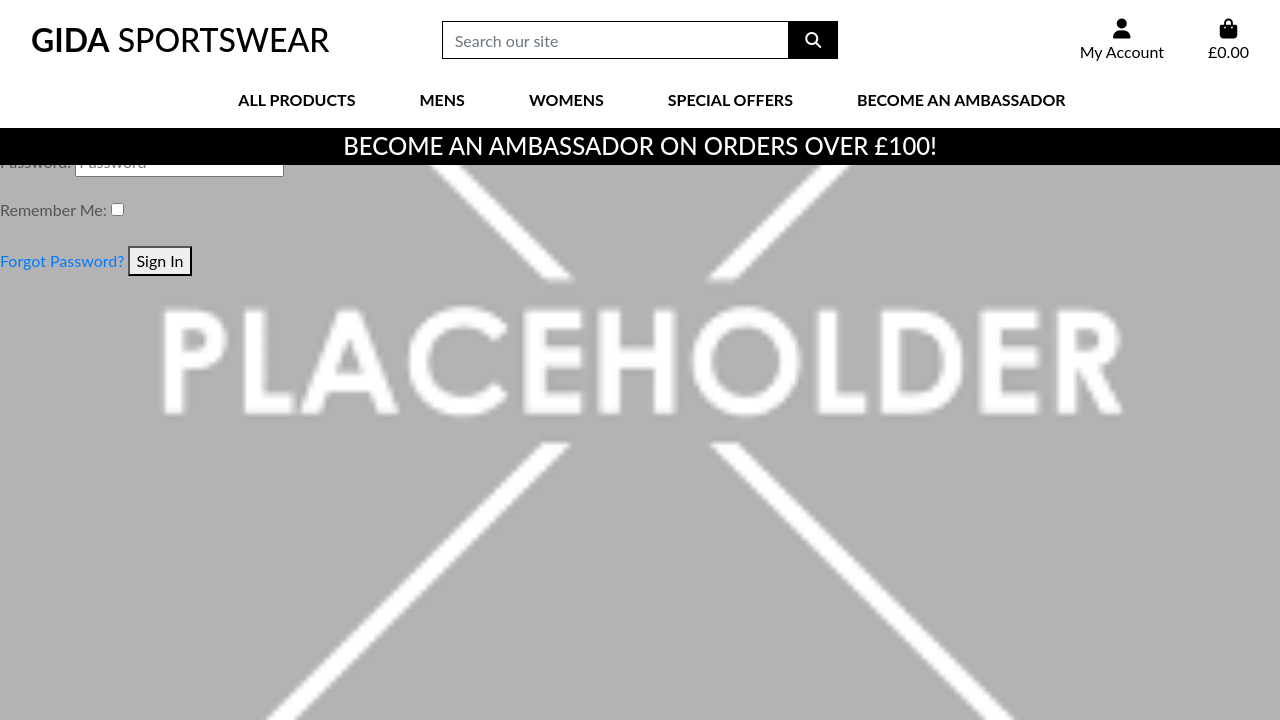
Repository: grantymartin/gida-sportswear
Page: http://localhost/accounts/login/
The author's editor kept a record of every edit. The page is drawn from the files as they stood at one moment, then again after the next edit.
The browser window is 1280 px wide. The pictures show the whole page.
Some web libraries are served in a nearby version. The page is served by the project's application, run on Django 3.2 (manage.py). Other server files are loaded and not shown.

Above is the page before.

### templates/allauth/account/login.html
{% extends "account/base.html" %}

{% load i18n %}
{% load account socialaccount %}

{% block head_title %}{% trans "Sign In" %}{% endblock %}

{% block content %}

<h1>{% trans "Sign In" %}</h1>

{% get_providers as socialaccount_providers %}

{% if socialaccount_providers %}
<p>{% blocktrans with site.name as site_name %}Please sign in with one
of your existing third party accounts. Or, <a href="{{ signup_url }}">sign up</a>
for a {{ site_name }} account and sign in below:{% endblocktrans %}</p>

<div class="socialaccount_ballot">

  <ul class="socialaccount_providers">
    {% include "socialaccount/snippets/provider_list.html" with process="login" %}
  </ul>

  <div class="login-or">{% trans 'or' %}</div>

</div>

{% include "socialaccount/snippets/login_extra.html" %}

{% else %}
<p>{% blocktrans %}If you have not created an account yet, then please
<a href="{{ signup_url }}">sign up</a> first.{% endblocktrans %}</p>
{% endif %}

<form class="login" method="POST" action="{% url 'account_login' %}">
  {% csrf_token %}
  {{ form.as_p }}
  {% if redirect_field_value %}
  <input type="hidden" name="{{ redirect_field_name }}" value="{{ redirect_field_value }}" />
  {% endif %}
  <a class="button secondaryAction" href="{% url 'account_reset_password' %}">{% trans "Forgot Password?" %}</a>
  <button class="primaryAction" type="submit">{% trans "Sign In" %}</button>
</form>

{% endblock %}

### templates/base.html
{% load static %}

<!doctype html>
<html lang="en">

<head>

    {% block meta %}
    <meta http-equiv="X-UA-Compatible" content="ie=edge">
    <meta charset="utf-8">
    <meta name="viewport" content="width=device-width, initial-scale=1, shrink-to-fit=no"> {% endblock %}
    {% block extra_meta %} {% endblock %}
    {% block corecss %}
    <link rel="stylesheet" href="https://stackpath.bootstrapcdn.com/bootstrap/4.4.1/css/bootstrap.min.css" integrity="sha384-Vkoo8x4CGsO3+Hhxv8T/Q5PaXtkKtu6ug5TOeNV6gBiFeWPGFN9MuhOf23Q9Ifjh" crossorigin="anonymous">
    <link rel="stylesheet" href="https://fonts.googleapis.com/css2?family=Source+Sans+Pro&display=swap">
    <link rel="stylesheet" href="{% static 'css/base.css' %}">
    {% endblock %}
    {% block extra_css %} {% endblock %}
    {% block corejs %}
    <script src="https://kit.fontawesome.com/b663b2155c.js" crossorigin="anonymous"></script>
    <script src="https://code.jquery.com/jquery-3.4.1.slim.min.js" integrity="sha384-J6qa4849blE2+poT4WnyKhv5vZF5SrPo0iEjwBvKU7imGFAV0wwj1yYfoRSJoZ+n" crossorigin="anonymous"></script>
    <script src="https://cdn.jsdelivr.net/npm/popper.js@1.16.0/dist/umd/popper.min.js" integrity="sha384-Q6E9RHvbIyZFJoft+2mJbHaEWldlvI9IOYy5n3zV9zzTtmI3UksdQRVvoxMfooAo" crossorigin="anonymous"></script>
    <script src="https://stackpath.bootstrapcdn.com/bootstrap/4.4.1/js/bootstrap.min.js" integrity="sha384-wfSDF2E50Y2D1uUdj0O3uMBJnjuUD4Ih7YwaYd1iqfktj0Uod8GCExl3Og8ifwB6" crossorigin="anonymous"></script>
    {% endblock %}
    {% block extra_js %} {% endblock %}

    <title>GIDA Sportswear {% block extra_title %}{% endblock %}</title>
</head>

<body>
    <header class="container-fluid fixed-top">
        <div id="topnav" class="row bg-white pt-lg-2 d-none d-lg-flex">
            <div class="col-12 col-lg-4 my-auto py-1 py-lg-0 text-center text-lg-left">
                <a href="{% url 'home' %}" class="nav-link main-logo-link">
                    <h2 class="logo-font text-black my-0"><strong>GIDA</strong> Sportswear</h2>
                </a>
            </div>
            <div class="col-12 col-lg-4 my-auto py-1 py-lg-0">
                <form method="GET" action="{% url 'products' %}">
                    <div class="input-group w-100">
                        <input class="form-control border border-black rounded-0" type="text" name="q" placeholder="Search our site">
                        <div class="input-group-append">
                            <button class="form-control btn btn-black border border-black rounded-0" type="submit">
                                <span class="icon">
                                    <i class="fas fa-search"></i>
                                </span>
                            </button>
                        </div>
                    </div>
                </form>
            </div>
            <div class="col-12 col-lg-4 my-auto py-1 py-lg-0">
                <ul class="list-inline list-unstyled text-center text-lg-right my-0">
                    <li class="list-inline-item dropdown">
                        <a class="text-black nav-link" href="#" id="user-options" data-toggle="dropdown" aria-haspopup="true" aria-expanded="false">
                            <div class="text-center">
                                <div><i class="fas fa-user fa-lg"></i></div>
                                <p class="my-0">My Account</p>
                            </div>
                        </a>
                        <div class="dropdown-menu border-0" aria-labelledby="user-options">
                            {% if request.user.is_authenticated %}
                                {% if request.user.is_superuser %}
                                    <a href="" class="dropdown-item">Product Management</a>
                                {% endif %}
                                <a href="" class="dropdown-item">My Profile</a>
                                <a href="{% url 'account_logout' %}" class="dropdown-item">Logout</a>
                            {% else %}
                                <a href="{% url 'account_signup' %}" class="dropdown-item">Register</a>
                                <a href="{% url 'account_login' %}" class="dropdown-item">Login</a>
                            {% endif %}
                        </div>
                    </li>
                    <li class="list-inline-item">
                        <a class="{% if grand_total %}text-info font-weight-bold{% else %}text-black{% endif %} nav-link" href="">
                            <div class="text-center">
                                <div><i class="fas fa-shopping-bag fa-lg"></i></div>
                                <p class="my-0">
                                    {% if grand_total %}
                                        ${{ grand_total|floatformat:2 }}
                                    {% else %}
                                        £0.00
                                    {% endif %}
                                </p>
                            </div>
                        </a>
                    </li>
                </ul>
            </div>
        </div>
        <div class="row bg-white">
            <nav class="navbar navbar-expand-lg navbar-light w-100">
                <button class="navbar-toggler" type="button" data-toggle="collapse" data-target="#main-nav" aria-controls="main-nav" aria-expanded="false" aria-label="Toggle navigation">
                    <span class="navbar-toggler-icon"></span>
                </button>
                {% include 'includes/mobile-top-header.html' %}
                {% include 'includes/main-nav.html' %}
            </nav>
        </div>
        <div id="delivery-banner" class="row text-center .d-none .d-lg-block .d-xl-none">
            <div class="col bg-black text-white">
                <h4 class="logo-font my-1">Become an Ambassador on orders over £100!</h4>
            </div>
        </div>
    </header>

    {% if messages %}
    <div class="message-container"></div>
    {% endif %}

    {% block page_header %} {% endblock %}
    {% block content %} {% endblock %}
    {% block postloadjs %} {% endblock %}


</body>

</html>

### templates/includes/mobile-top-header.html
<li class="list-inline-item">
    <a class="text-black nav-link d-block d-lg-none" href="#" id="mobile-search" data-toggle="dropdown" aria-haspopup="true" aria-expanded="false">
        <div class="text-center">
            <div><i class="fas fa-search fa-lg"></i></div>
            <p class="my-0">Search</p>
        </div>
    </a>
    <div class="dropdown-menu border-0 w-100 p-3 rounded-0 my-0" aria-labelledby="mobile-search">
        <form class="form" method="GET" action="{% url 'products' %}">
            <div class="input-group w-100">
                <input class="form-control border border-black rounded-0" type="text" name="q" placeholder="Search our site">
                <div class="input-group-append">
                    <button class="form-control form-control btn btn-black border border-black rounded-0" type="submit">
                        <span class="icon">
                            <i class="fas fa-search"></i>
                        </span>
                    </button>
                </div>
            </div>
        </form>
    </div>
</li>
<li class="list-inline-item dropdown">
    <a class="text-black nav-link d-block d-lg-none" href="#" id="user-options" data-toggle="dropdown" aria-haspopup="true" aria-expanded="false">
        <div class="text-center">
            <div><i class="fas fa-user fa-lg"></i></div>
            <p class="my-0">My Account</p>
        </div>
    </a>
    <div class="dropdown-menu border-0" aria-labelledby="user-options">
        {% if request.user.is_authenticated %}
            {% if request.user.is_superuser %}
                <a href="{% url 'account_logout' %}" class="dropdown-item">Product Management</a>
            {% endif %}
            <a href="" class="dropdown-item">My Profile</a>
            <a href="{% url 'account_logout' %}" class="dropdown-item">Logout</a>
        {% else %}
            <a href="{% url 'account_signup' %}" class="dropdown-item">Register</a>
            <a href="{% url 'account_login' %}" class="dropdown-item">Login</a>
        {% endif %}
    </div>
</li>
<li class="list-inline-item">
    <a class="{% if grand_total %}text-primary font-weight-bold{% else %}text-black{% endif %} nav-link d-block d-lg-none" href="">
        <div class="text-center">
            <div><i class="fas fa-shopping-bag fa-lg"></i></div>
            <p class="my-0">
                {% if grand_total %}
                    ${{ grand_total|floatformat:2 }}
                {% else %}
                    $0.00
                {% endif %}
            </p>
        </div>
    </a>
</li>

### templates/includes/main-nav.html
<div class="collapse navbar-collapse" id="main-nav">
    <ul class="navbar-nav w-auto mx-auto">
        <li class="nav-item dropdown">
            <a class="logo-font font-weight-bold nav-link text-black mr-5" href="#" id="all-products-link" data-toggle="dropdown" aria-haspopup="true" aria-expanded="false">
                All Products
            </a>
            <div class="dropdown-menu border-0" aria-labelledby="all-products-link">
                <a href="" class="dropdown-item">By Price</a>
                <a href="" class="dropdown-item ">By Category</a>
                <a href="" class="dropdown-item">All Products</a>
            </div>
        </li>

        <li class="nav-item dropdown">
            <a class="logo-font font-weight-bold nav-link text-black mr-5" href="#" id="clothing-link" data-toggle="dropdown" aria-haspopup="true" aria-expanded="false">
                Mens
            </a>
            <div class="dropdown-menu border-0" aria-labelledby="clothing-link">
                <a href="" class="dropdown-item">Tops</a>
                <a href="" class="dropdown-item">Jumpers</a>
                <a href="" class="dropdown-item">Shorts</a>
                <a href="" class="dropdown-item">Tracksuits</a>
            </div>
        </li>

        <li class="nav-item dropdown">
            <a class="logo-font font-weight-bold nav-link text-black mr-5" href="#" id="homeware-link" data-toggle="dropdown" aria-haspopup="true" aria-expanded="false">
                Womens
            </a>
            <div class="dropdown-menu border-0" aria-labelledby="homeware-link">
                <a href="" class="dropdown-item">Tops</a>
                <a href="" class="dropdown-item">Jumpers</a>
                <a href="" class="dropdown-item">leggings</a>
                <a href="" class="dropdown-item">Shorts</a>
                <a href="" class="dropdown-item">Tracksuits</a>
            </div>
        </li>

        <li class="nav-item dropdown">
            <a class="logo-font font-weight-bold nav-link text-black mr-5" href="#" id="homeware-link" data-toggle="dropdown" aria-haspopup="true" aria-expanded="false">
                Special Offers
            </a>
            <div class="dropdown-menu border-0" aria-labelledby="homeware-link">
                <a href="" class="dropdown-item">New Arrivals</a>
                <a href="" class="dropdown-item">Charity Deals</a>
            </div>
        </li>

        <li class="nav-item dropdown">
            <a class="logo-font font-weight-bold nav-link text-black" href="#" id="specials-link" data-toggle="dropdown" aria-haspopup="true" aria-expanded="false">
                Become An Ambassador
            </a>
            <div class="dropdown-menu border-0" aria-labelledby="specials-link">
                <a href="" class="dropdown-item">How?</a>
                <a href="" class="dropdown-item">Why?</a>
                <a href="" class="dropdown-item">What Will I Do?</a>
            </div>
        </li>

    </ul>
</div>

### gida/urls.py
"""gida URL Configuration

The `urlpatterns` list routes URLs to views. For more information please see:
    https://docs.djangoproject.com/en/3.0/topics/http/urls/
Examples:
Function views
    1. Add an import:  from my_app import views
    2. Add a URL to urlpatterns:  path('', views.home, name='home')
Class-based views
    1. Add an import:  from other_app.views import Home
    2. Add a URL to urlpatterns:  path('', Home.as_view(), name='home')
Including another URLconf
    1. Import the include() function: from django.urls import include, path
    2. Add a URL to urlpatterns:  path('blog/', include('blog.urls'))
"""
from django.contrib import admin
from django.urls import path, include
from django.conf import settings
from django.conf.urls.static import static

urlpatterns = [
    path('admin/', admin.site.urls),
    path('accounts/', include('allauth.urls')),
    path('', include('home.urls')),
    path('products/', include('products.urls')),
] + static(settings.MEDIA_URL, document_root=settings.MEDIA_ROOT)

### home/urls.py
from django.contrib import admin
from django.urls import path
from . import views

urlpatterns = [
    path('', views.index, name='home')
]

### products/urls.py
from django.urls import path
from . import views

urlpatterns = [
    path('', views.all_products, name='products')
]

### static/css/base.css
html {
    height: 100%;
}

body {
    background: url('/media/placeholder.jpg') no-repeat center center fixed;
    background-size: cover;
    height: calc(100vh - 164px);
    color: #555;
    font-family: 'Lato';
}

/* from Bulma */
.icon {
    align-items: center;
    display: inline-flex;
    justify-content: center;
    height: 1.5rem;
    width: 1.5rem;
}

.logo-font {
    text-transform: uppercase;
}

.main-logo-link {
    width: fit-content;
}

.shop-now-button {
    background: black;
    color: white;
    min-width: 260px;
}

.btn-black {
    background: black;
    color: white;
}

.shop-now-button:hover,
.shop-now-button:active,
.shop-now-button:focus,
.btn-black:hover,
.btn-black:active,
.btn-black:focus {
    background: #222;
    color: white;
}

.text-black {
    color: #000 !important;
}

.border-black {
    border: 1px solid black !important;
}

.bg-black {
    background: #000 !important;
}

.overlay {
	height: 100%;
	width: 100%;
	top: 0;
	left: 0;
	position: fixed;
	background: white;
	z-index: -1;
}

/* -------------------------------- Media Queries */

/* Slightly larger container on xl screens */
@media (min-width: 1200px) {
  .container {
    max-width: 80%;
  }
}

/* fixed top navbar only on medium and up */
@media (min-width: 992px) {
    .fixed-top-desktop-only {
        position: fixed;
        top: 0;
        right: 0;
        left: 0;
        z-index: 1030;
    }

    .header-container {
        padding-top: 164px;
    }
}

Loaded but not shown: templates/allauth/account/base.html (common file)

After the next edit:
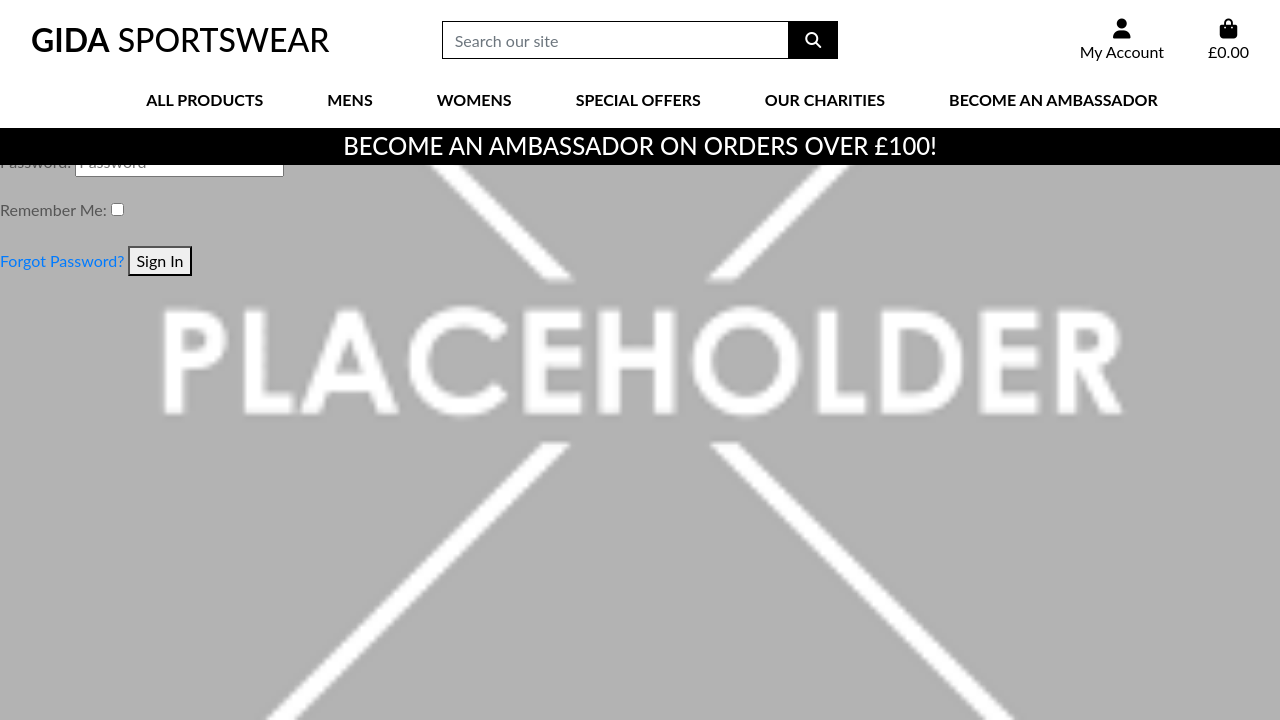
The edit:
--- a/templates/includes/main-nav.html
+++ b/templates/includes/main-nav.html
@@ -47,6 +47,16 @@
         </li>
 
         <li class="nav-item dropdown">
+            <a class="logo-font font-weight-bold nav-link text-black mr-5" href="#" id="homeware-link" data-toggle="dropdown" aria-haspopup="true" aria-expanded="false">
+                Our Charities
+            </a>
+            <div class="dropdown-menu border-0" aria-labelledby="homeware-link">
+                <a href="" class="dropdown-item">New Arrivals</a>
+                <a href="" class="dropdown-item">Charity Deals</a>
+            </div>
+        </li>
+
+        <li class="nav-item dropdown">
             <a class="logo-font font-weight-bold nav-link text-black" href="#" id="specials-link" data-toggle="dropdown" aria-haspopup="true" aria-expanded="false">
                 Become An Ambassador
             </a>
